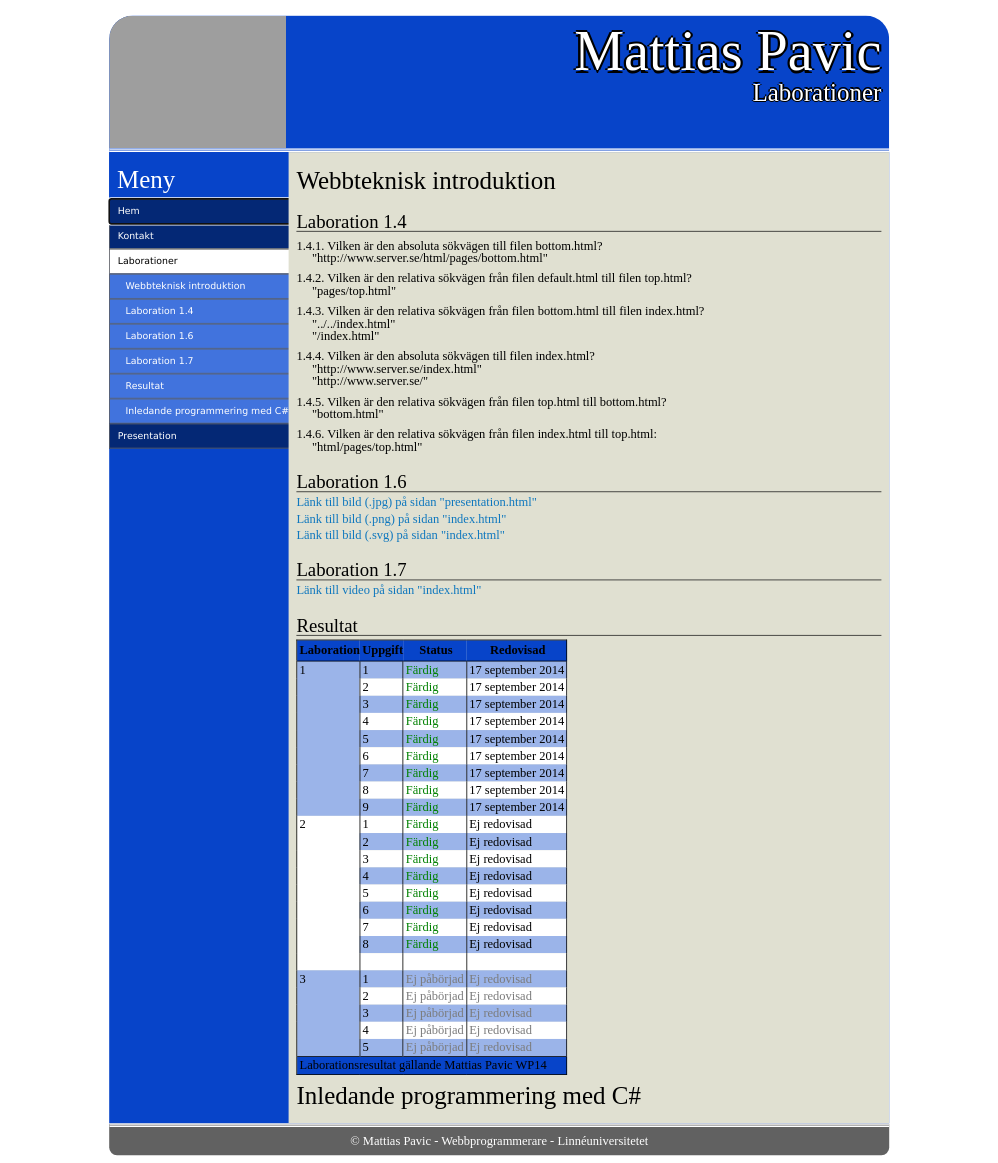
Repository: mp222sf/1ik415-laborationer
Page: pages/laborationer.html
The author's editor kept a record of every edit. The page is drawn from the files as they stood at one moment, then again after the next edit.
The browser window is 1280 px wide. The pictures show the whole page, at 78% of full size.
The first visible `#navigation a` has the focus.
Pictures or frames that could not be fetched are drawn as grey boxes.

Above is the page before.

After the next edit:
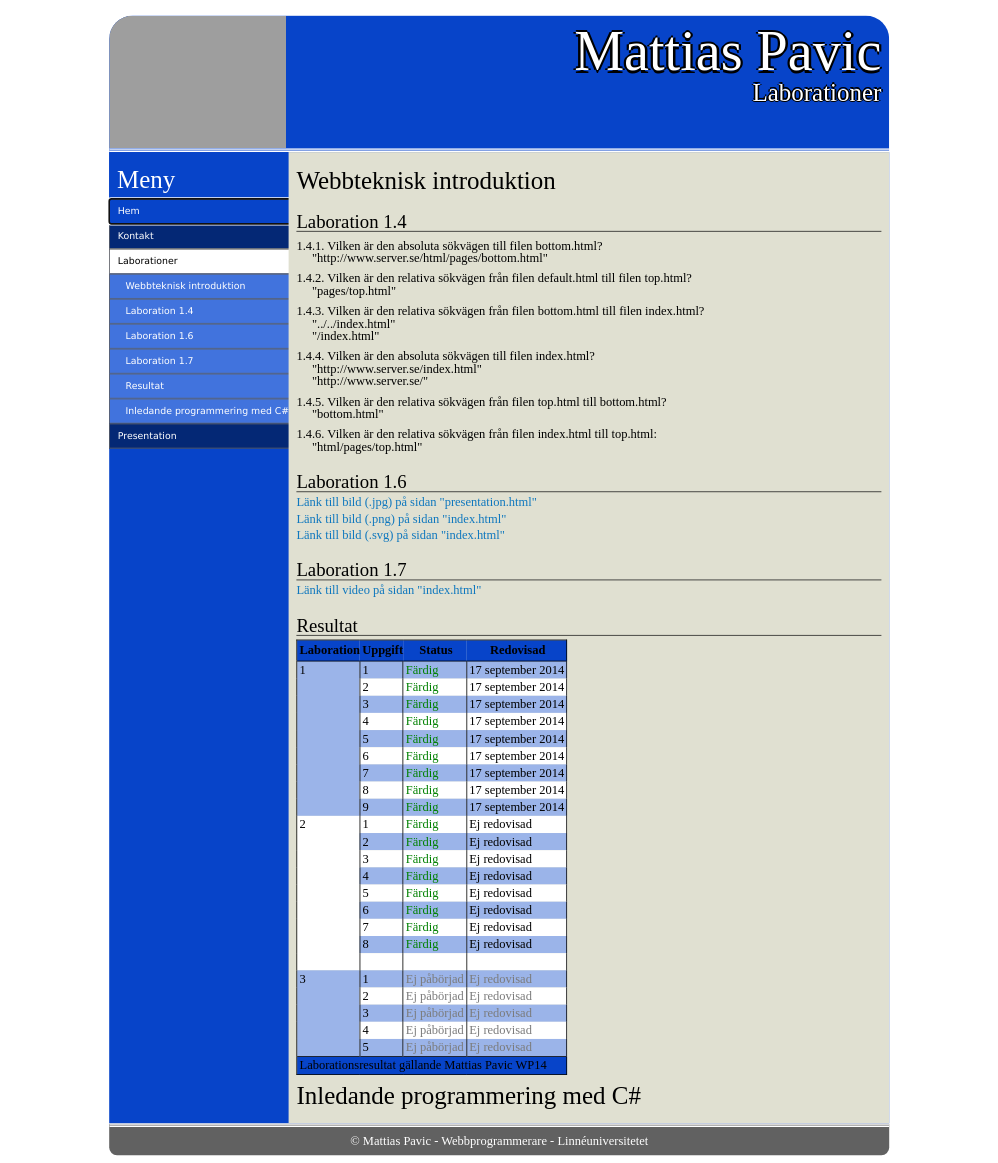
The edit:
--- a/css/style.css
+++ b/css/style.css
@@ -178,6 +178,10 @@
 background: #4173DD;
 
 }
+#navigation a:focus {
+background:#0744C9;
+color: white;
+}
 #navigation li a:hover {
 cursor: pointer;
 background:#0744C9;
